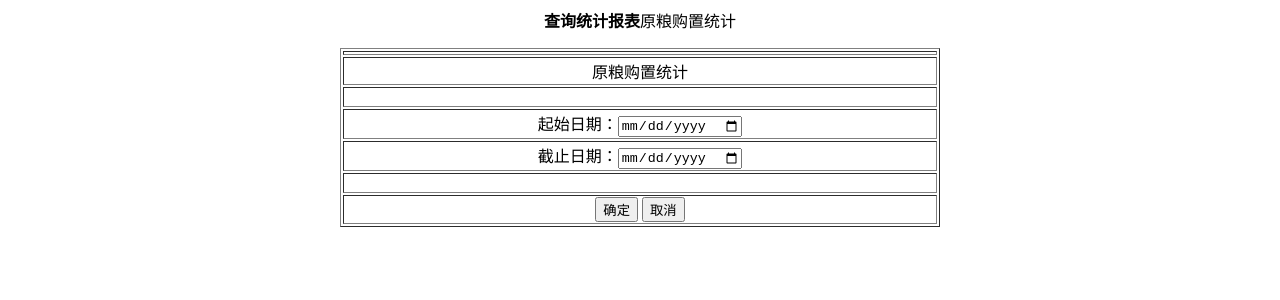
Repository: yuxingyan/OneCrewFlour
Page: http://localhost/Flour/inquirebuy.jsp
The author's editor kept a copy of each file at every save. The page is drawn from the files as they stood at one save, then again after the next save.
The browser window is 1280 px wide. The pictures show the whole page.
The page is served by Tomcat 9. Nobody is signed in. The application's start-up code is not run.

Above is the page before, as saved 2018-01-11 07:05:06.

After the next save:
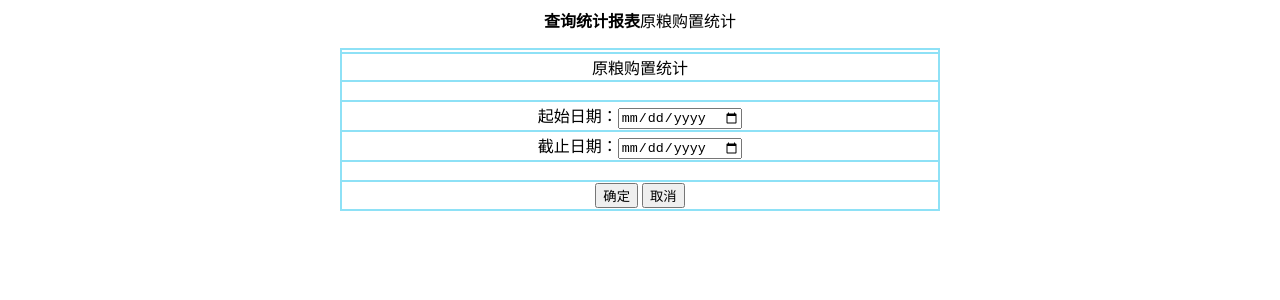
Saved 83 s later.
--- a/Flour/WebRoot/inquirebuy.jsp
+++ b/Flour/WebRoot/inquirebuy.jsp
@@ -52,7 +52,7 @@ String basePath = request.getScheme()+"://"+request.getServerName()+":"+request.
     <center>
     <form  name="form1" id="form1" action="inquirebuy" method="post">
     <p><b>查询统计报表</b>原粮购置统计</p>
-    <table border="1" width="600">
+    <table border="1" width="600" cellspacing="0" bordercolor="#8EE1F6">
     <tr><td colspan="10" ></td></tr>
     <tr height="20px"><td align="center" colspan="4" >原粮购置统计</td></tr>
     <tr height="20px"><td align="center" colspan="4" ></td></tr>
